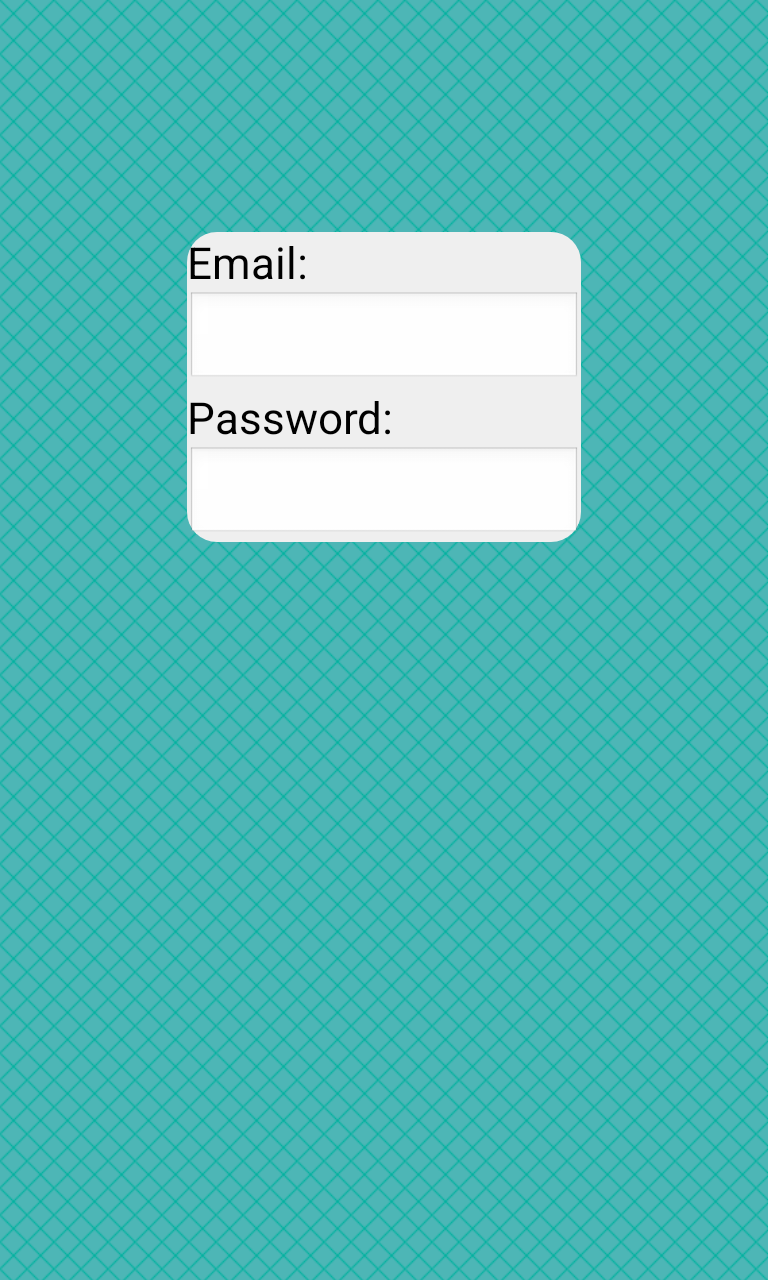
Repository: ppamorim/Coderock-X
Layout: workspace-Android/teste1/res/layout/activity_login.xml
The author's editor kept a copy of each file at every save. The layout is drawn from the files as they stood at one save, then again after a run of saves.
It is drawn on a 768 x 1280 px phone screen (xhdpi) without system bars, with theme android:Theme.NoTitleBar; the app's code is not run.

Above is the layout before, as saved 2014-01-05 05:57:46.

### workspace-Android/teste1/res/layout/activity_login.xml
<?xml version="1.0" encoding="utf-8"?>
<LinearLayout xmlns:android="http://schemas.android.com/apk/res/android"
    xmlns:tools="http://schemas.android.com/tools"
    android:id="@+id/LinearLayout1"
    android:layout_width="match_parent"
    android:layout_height="match_parent"
    android:background="@drawable/background"
    android:orientation="vertical"
    android:paddingBottom="@dimen/activity_vertical_margin"
    android:paddingLeft="@dimen/activity_horizontal_margin"
    android:paddingRight="@dimen/activity_horizontal_margin"
    android:paddingTop="@dimen/activity_vertical_margin"
    tools:context=".MainActivity" >

	<!-- <View
        android:id="@+id/spacer1"
        android:layout_width="wrap_content"
        android:layout_height="0dp"
        android:layout_gravity="center_horizontal"
        android:layout_weight="0.18"
        android:background="@layout/rounded" />-->

    <FrameLayout
        android:layout_width="197dp"
        android:layout_height="wrap_content"
        android:layout_gravity="center"
        android:background="@layout/rounded"
        android:layout_marginTop="100dp"
        android:layout_gravity = "center">

        <LinearLayout
            android:layout_width="match_parent"
            android:layout_height="match_parent"
            android:orientation="vertical" >

            <TextView
                android:id="@+id/textView1"
                android:layout_width="wrap_content"
                android:layout_height="wrap_content"
                android:text="@string/Email"
                android:textColor="#000"
                android:textAppearance="?android:attr/textAppearanceLarge" />

            	<EditText
            	android:id="@+id/editText1"
            	android:layout_width="match_parent"
            	android:layout_height="wrap_content"
            	android:ems="10" />

            <TextView
                android:id="@+id/textView2"
                android:layout_width="wrap_content"
                android:layout_height="wrap_content"
                android:text="@string/Password"
                android:textColor="#000"
                android:textAppearance="?android:attr/textAppearanceLarge" />

        <EditText
            android:id="@+id/editText1"
            android:layout_width="match_parent"
            android:layout_height="wrap_content"
            android:ems="10" >
        </EditText>
        </LinearLayout>

    </FrameLayout>

</LinearLayout>

### workspace-Android/teste1/res/drawable-hdpi/background.xml
<?xml version="1.0" encoding="utf-8"?>
<bitmap xmlns:android="http://schemas.android.com/apk/res/android"
  android:src="@drawable/bg"
  android:tileMode="repeat" />

### workspace-Android/teste1/res/layout/rounded.xml
<?xml version="1.0" encoding="utf-8"?>
<layer-list xmlns:android="http://schemas.android.com/apk/res/android">
    <item>
        <shape android:shape="rectangle" >
            <corners android:radius="15dip" />
            <solid android:color="#efefef" />
            <stroke android:width="0dp" android:color="#bebfc1"/>
        </shape>
    </item>
</layer-list>

### workspace-Android/teste1/res/values/strings.xml
<?xml version="1.0" encoding="utf-8"?>
<resources>

    <string name="app_name">Feel</string>
    <string name="action_settings">Settings</string>
    <string name="hello_world">Hello world!</string>
    <string name="Email">Email:</string>
    <string name="Password">Password:</string>
    <string name="Resultado">Resultado:</string>
    <string name="BotaoSomar">Somar</string>
    <string name="BotaoSub">Subtrair</string>
    <string name="BotaoMulti">Multiplicar</string>
    <string name="BotaoDividir">Dividir</string>

</resources>

Loaded but not shown: workspace-Android/teste1/res/values/dimens.xml (common file)

After the next 2 saves:
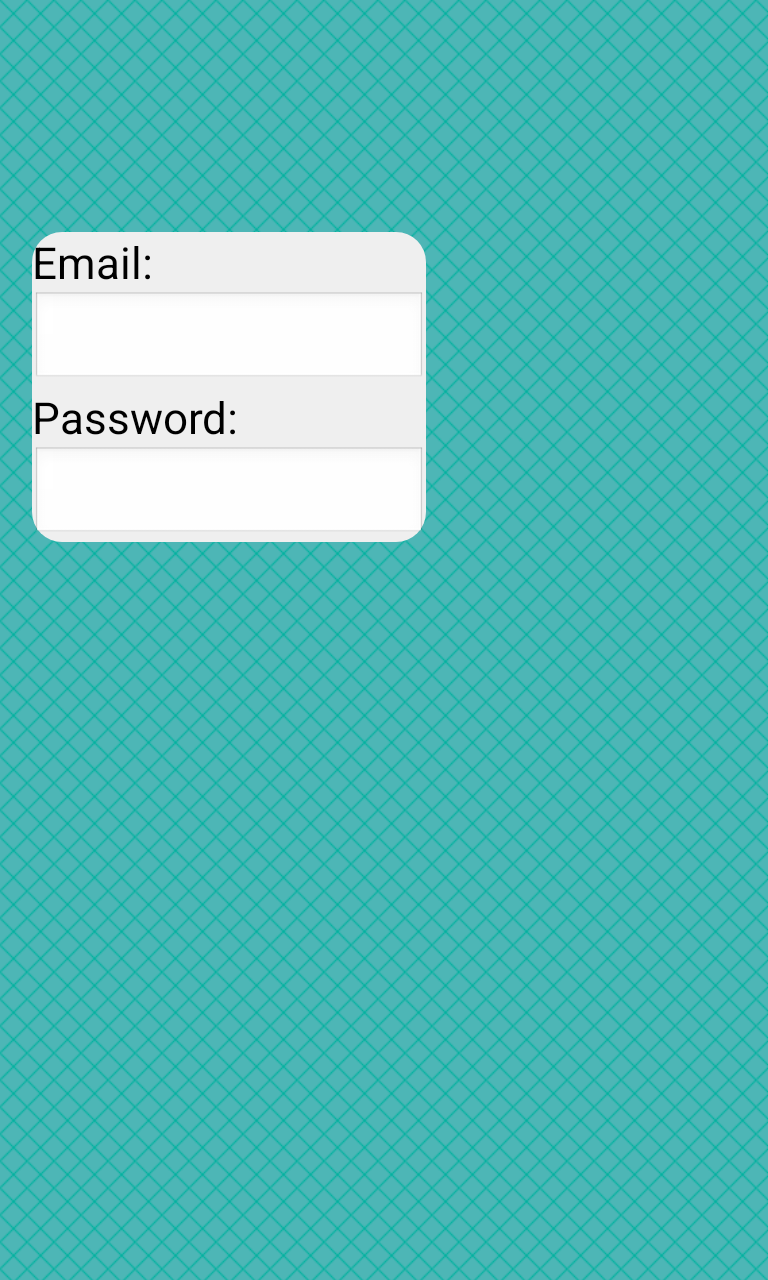
The 2 saves are shown as one change because 1 did not build or start.
The last was saved 64 s later.
--- a/workspace-Android/teste1/res/layout/activity_login.xml
+++ b/workspace-Android/teste1/res/layout/activity_login.xml
@@ -26,7 +26,7 @@
         android:layout_gravity="center"
         android:background="@layout/rounded"
         android:layout_marginTop="100dp"
-        android:layout_gravity = "center">
+        android:layout_gravity = "center_vertical">
 
         <LinearLayout
             android:layout_width="match_parent"
